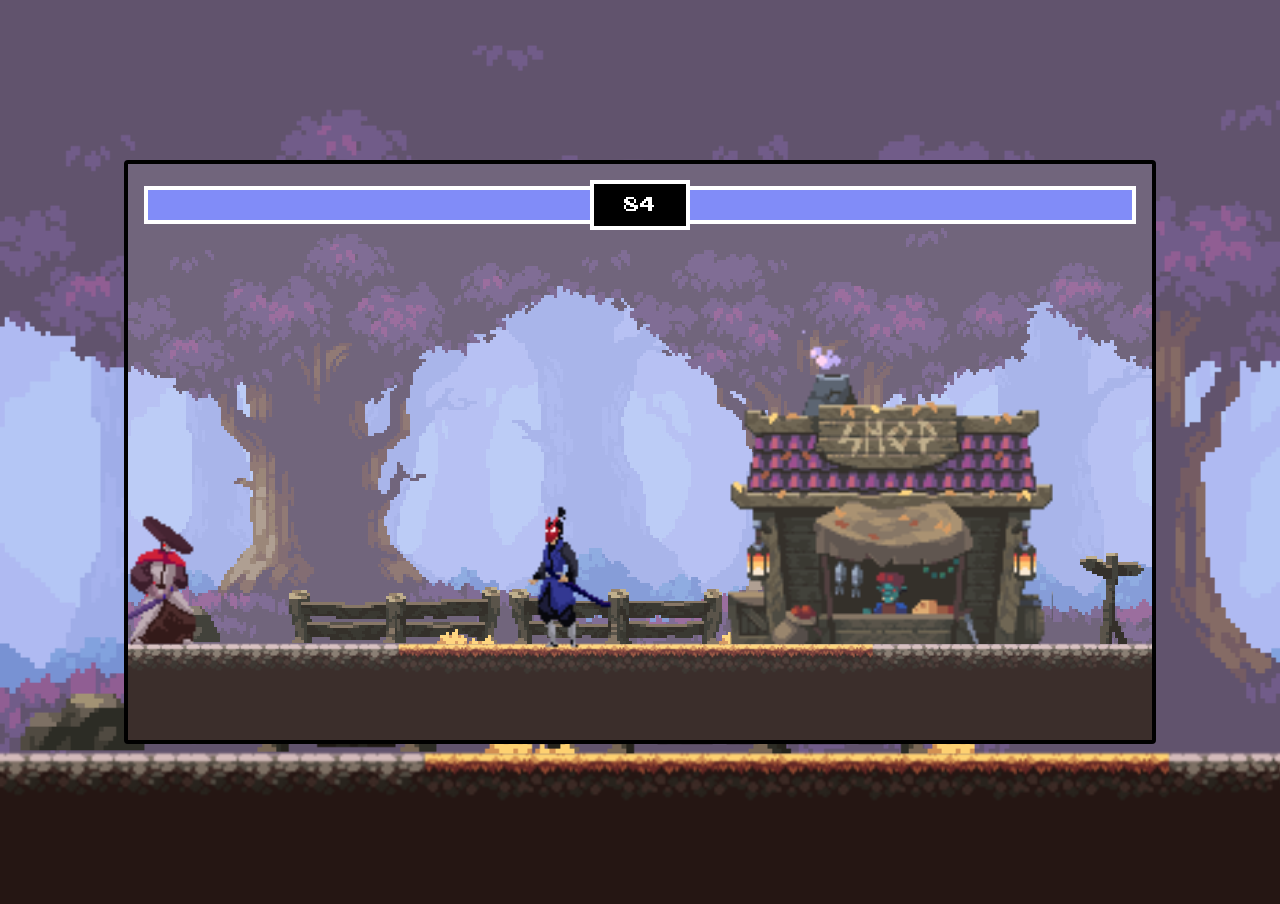
Repository: LuizAGDomingues/js-fighting-game
Page: index.html
These files come from the project's save history. The page is drawn as it stood at one moment and after the next save; the edit follows.
The browser window is 1280 px wide. The pictures show the whole page.

Above is the page before, as saved 2022-12-24 10:02:07.

### index.html
<!DOCTYPE html>
<html lang="en">
  <head>
    <meta charset="UTF-8" />
    <link rel="icon" type="image/svg+xml" href="./images/Logo.jpg" />
    <link rel="preconnect" href="https://fonts.googleapis.com" />
    <link rel="preconnect" href="https://fonts.gstatic.com" crossorigin />
    <link href="https://fonts.googleapis.com/css2?family=Press+Start+2P&display=swap" rel="stylesheet" />
    <link href="./src/css/battle.css" rel="stylesheet" />
    <meta name="viewport" content="width=device-width, initial-scale=1.0" />
    <title>Figthing Game</title>
  </head>
  <body>
    <div class="content">
      <div class="life-bars">
        <!-- player health -->
        <div class="playerHealth-content">
          <div class="playerHealth-aux"></div>
          <div id="playerHealth" class="playerHealth-bar"></div>
        </div>
        <!-- timer -->
        <div id="timer" class="timer">10</div>
        <!-- enemy health -->
        <div class="enemyHealth-content">
          <div class="enemyHealth-aux"></div>
          <div id="enemyHealth" class="enemyHealth-bar"></div>
        </div>
      </div>
      <div id="displayText" class="result">Tie</div>
      <canvas style="border-radius: 4px; border: 4px solid black;"></canvas>
    </div>
    <script
      src="https://cdnjs.cloudflare.com/ajax/libs/gsap/3.11.3/gsap.min.js"
      integrity="sha512-gmwBmiTVER57N3jYS3LinA9eb8aHrJua5iQD7yqYCKa5x6Jjc7VDVaEA0je0Lu0bP9j7tEjV3+1qUm6loO99Kw=="
      crossorigin="anonymous"
      referrerpolicy="no-referrer"
    ></script>
    <script src="./src/utils.js"></script>
    <script src="./src/classes.js"></script>
    <script src="./src/main.js"></script>
  </body>
</html>

### src/css/battle.css
* {
  box-sizing: border-box;
  font-family: 'Press Start 2P', sans-serif;
}

body {
  width: 100%;
  height: 100%;
  display: flex;
  justify-content: center;
  margin: 10rem 0;
  overflow: hidden;
  background-image: url(../../images/background.png);
  background-repeat: no-repeat;
  background-size: cover;
}

.content {
  position: relative;
  display: inline-block;
}

.life-bars {
  position: absolute;
  display: flex;
  width: 100%;
  align-items: center;
  padding: 20px;
}

.playerHealth-content {
  position: relative;
  width: 100%;
  display: flex;
  justify-content: flex-end;
  border-top: 4px solid white;
  border-left: 4px solid white;
  border-bottom: 4px solid white;
}

.playerHealth-aux {
  background-color: red;
  height: 30px;
  width: 100%;
}

.playerHealth-bar {
  position: absolute;
  background: #818CF8;
  top: 0;
  right: 0;
  bottom: 0;
  width: 100%;
}

.timer {
  background-color: black;
  width: 100px;
  height: 50px;
  flex-shrink: 0;
  display: flex;
  align-items: center;
  justify-content: center;
  color: white;
  border: 4px solid white;
}

.enemyHealth-content {
  position: relative;
  width: 100%;
  border-top: 4px solid white;
  border-right: 4px solid white;
  border-bottom: 4px solid white;
}

.enemyHealth-aux {
  background-color: red;
  height: 30px;
}

.enemyHealth-bar {
  position: absolute;
  background: #818CF8;
  top: 0;
  right: 0;
  bottom: 0;
  left: 0;
}

.result {
  position: absolute;
  color: white;
  align-items: center;
  justify-content: center;
  top: 0;
  right: 0;
  bottom: 0;
  left: 0;
  display: none;
}

### src/utils.js
function rectangularCollision({ rectangle1, rectangle2 }) {
  return (
    rectangle1.attackBox.position.x + rectangle1.attackBox.width >= rectangle2.position.x
    && rectangle1.attackBox.position.x <= rectangle2.position.x + rectangle2.width
    && rectangle1.attackBox.position.y + rectangle1.attackBox.height >= rectangle2.position.y
    && rectangle1.attackBox.position.y <= rectangle2.position.y + rectangle2.height
  )
};

function determineWinner({player, enemy, timerId}) {
  clearTimeout(timerId)
  document.querySelector('#displayText').style.display = 'flex'
  if(player.health === enemy.health) {
    document.querySelector('#displayText').innerHTML = 'Tie'
  } else if (player.health > enemy.health) {
    document.querySelector('#displayText').innerHTML = 'Player 1 wins'
  } else if (player.health < enemy.health) {
    document.querySelector('#displayText').innerHTML = 'Player 2 wins'
  }
};

### src/classes.js
class Sprite {
  constructor({position, imageSrc, scale = { x: 1, y: 1 }, framesMax = 1, offset = { x: 0, y: 0 }}) {
    this.position = position
    this.image = new Image()
    this.image.src = imageSrc
    this.scale = scale
    this.framesMax = framesMax
    this.framesCurrent = 0
    this.framesElapsed = 0
    this.framesHold = 5
    this.offset = offset
  }

  draw() {
    c.drawImage(
      this.image,
      this.framesCurrent * (this.image.width / this.framesMax),
      0,
      this.image.width / this.framesMax,
      this.image.height,
      this.position.x - this.offset.x,
      this.position.y - this.offset.y,
      (this.image.width / this.framesMax) * this.scale.x,
      this.image.height * this.scale.y
    )
  }

  animateFrames() {
    this.framesElapsed++
    if(this.framesElapsed % this.framesHold === 0) {
      if(this.framesCurrent < this.framesMax - 1) {
        this.framesCurrent++
      } else {
        this.framesCurrent = 0
      }
    }
  }

  update() {
    this.draw()
    this.animateFrames()
  }
}

class Fighter extends Sprite {
  constructor({
    position,
    velocity,
    color = 'red',
    imageSrc,
    scale = { x: 1, y: 1 },
    framesMax = 1,
    offset = { x: 0, y: 0 },
    sprites,
    attackBox = { offset: {}, width: undefined, height: undefined }
  }) {
    super({
      position,
      imageSrc,
      scale,
      framesMax,
      offset
    })

    this.velocity = velocity
    this.width = 50
    this.height = 150
    this.lastKey
    this.attackBox = {
      position: {
        x: this.position.x,
        y: this.position.y
      },
      offset: attackBox.offset,
      width: attackBox.width,
      height: attackBox.height
    }
    this.color = color
    this.isAttacking
    this.health = 100
    this.framesCurrent = 0
    this.framesElapsed = 0
    this.framesHold = 5
    this.sprites = sprites
    this.dead = false

    for (const sprite in this.sprites) {
      sprites[sprite].image = new Image()
      sprites[sprite].image.src = sprites[sprite].imageSrc
    }
  }

  update() {
    this.draw()
    if(!this.dead) this.animateFrames()

    this.attackBox.position.x = this.position.x + this.attackBox.offset.x
    this.attackBox.position.y = this.position.y + this.attackBox.offset.y

    // Draw the attack box
    //c.fillRect(this.attackBox.position.x, this.attackBox.position.y, this.attackBox.size.width, this.attackBox.height)

    this.position.x += this.velocity.x
    this.position.y += this.velocity.y

    // gravity function
    if(this.position.y + this.height + this.velocity.y >= canvas.height - 96) {
      this.velocity.y = 0
      this.position.y = 330
    } else this.velocity.y += gravity

  }

  attack() {
    if(this.image === this.sprites.takeHit.image || this.image === this.sprites.death.image) {
      return
    } else {
      this.switchSprite('attack1')
      this.isAttacking = true
    }
  }

  takeHit() {
    this.health -= 20
    if(this.health <= 0) {
      this.switchSprite('death')
    } else {
      this.switchSprite('takeHit')
    }
  }

  switchSprite(sprite) {
    if(this.image === this.sprites.death.image) {
      if(this.framesCurrent === this.sprites.death.framesMax - 1)
        this.dead = true
      return
    }
    // overriding all other animations with the attack animation
    if(
      this.image === this.sprites.attack1.image &&
      this.framesCurrent < this.sprites.attack1.framesMax - 1
    ) return
    // overriding when figther gets hit
    if(
      this.image === this.sprites.takeHit.image &&
      this.framesCurrent < this.sprites.takeHit.framesMax - 1
    ) return

    switch(sprite) {
      case 'idle':
        if(this.image !== this.sprites.idle.image) {
          this.image = this.sprites.idle.image
          this.framesMax = this.sprites.idle.framesMax
          this.framesCurrent = 0
        }
        break
      case 'run':
        if(this.image !== this.sprites.run.image) {
          this.image = this.sprites.run.image
          this.framesMax = this.sprites.run.framesMax
          this.framesCurrent = 0
        }
        break
      case 'jump':
        if(this.image !== this.sprites.jump.image) {
          this.image = this.sprites.jump.image
          this.framesMax = this.sprites.jump.framesMax
          this.framesCurrent = 0
        }
        break
      case 'fall':
        if(this.image !== this.sprites.fall.image) {
          this.image = this.sprites.fall.image
          this.framesMax = this.sprites.fall.framesMax
          this.framesCurrent = 0
        }
        break
      case 'attack1':
        if(this.image !== this.sprites.attack1.image) {
          this.image = this.sprites.attack1.image
          this.framesMax = this.sprites.attack1.framesMax
          this.framesCurrent = 0
        }
        break
      case 'takeHit':
        if(this.image !== this.sprites.takeHit.image) {
          this.image = this.sprites.takeHit.image
          this.framesMax = this.sprites.takeHit.framesMax
          this.framesCurrent = 0
        }
        break
      case 'death':
        if(this.image !== this.sprites.death.image) {
          this.image = this.sprites.death.image
          this.framesMax = this.sprites.death.framesMax
          this.framesCurrent = 0
        }
        break
    }
  }
}

### src/main.js
const canvas = document.querySelector('canvas');
const c = canvas.getContext('2d');

canvas.width = 1024
canvas.height = 576

c.fillRect(0, 0, canvas.width, canvas.height)

const gravity = .7

var gameIsOver = false

const background = new Sprite({
  position: {
    x: 0,
    y: 0
  },
  imageSrc: '../images/background.png'
})

const shop = new Sprite({
  position: {
    x: 600,
    y: 128
  },
  imageSrc: '../images/shop.png',
  scale: {
    x: 2.75,
    y: 2.75
  },
  framesMax: 6
})

const player = new Fighter({
  position: {
    x: 0,
    y: 0
  },
  velocity: {
    x: 0,
    y: 0
  },
  offset: {
    x: 0,
    y: 0
  },
  imageSrc: '../images/samuraiMack/Idle.png',
  framesMax: 8,
  scale: {
    x: 2.5,
    y: 2.5
  },
  offset: {
    x: 215,
    y: 155
  },
  sprites: {
    idle: {
      imageSrc: '../images/samuraiMack/Idle.png',
      framesMax: 8
    },
    run: {
      imageSrc: '../images/samuraiMack/Run.png',
      framesMax: 8
    },
    jump: {
      imageSrc: '../images/samuraiMack/Jump.png',
      framesMax: 2
    },
    fall: {
      imageSrc: '../images/samuraiMack/Fall.png',
      framesMax: 2
    },
    attack1: {
      imageSrc: '../images/samuraiMack/Attack1.png',
      framesMax: 6
    },
    takeHit: {
      imageSrc: '../images/samuraiMack/Take Hit.png',
      framesMax: 4
    },
    death: {
      imageSrc: '../images/samuraiMack/Death.png',
      framesMax: 6
    }
  },
  attackBox: {
    offset: {
      x: 100,
      y: 50
    },
    width: 140,
    height: 50
  }
})

const enemy = new Fighter({
  position: {
    x: 400,
    y: 100
  },
  velocity: {
    x: 0,
    y: 0
  },
  color: 'blue',
  offset: {
    x: -50,
    y: 0
  },
  imageSrc: '../images/kenji/Idle.png',
  framesMax: 4,
  scale: {
    x: 2.5,
    y: 2.5
  },
  offset: {
    x: 215,
    y: 167
  },
  sprites: {
    idle: {
      imageSrc: '../images/kenji/Idle.png',
      framesMax: 4
    },
    run: {
      imageSrc: '../images/kenji/Run.png',
      framesMax: 8
    },
    jump: {
      imageSrc: '../images/kenji/Jump.png',
      framesMax: 2
    },
    fall: {
      imageSrc: '../images/kenji/Fall.png',
      framesMax: 2
    },
    attack1: {
      imageSrc: '../images/kenji/Attack1.png',
      framesMax: 4
    },
    takeHit: {
      imageSrc: '../images/kenji/Take hit.png',
      framesMax: 3
    },
    death: {
      imageSrc: '../images/kenji/Death.png',
      framesMax: 7
    }
  },
  attackBox: {
    offset: {
      x: -170,
      y: 50
    },
    width: 170,
    height: 50
  }
})

const keys = {
  a: {
    pressed: false
  },
  d: {
    pressed: false
  },
  ArrowRight: {
    pressed: false
  },
  ArrowLeft: {
    pressed: false
  }
}

// Timer actions
let timer = 90
let timerId
function decreaseTimer() {
  if(timer > 0) {
    timerId = setTimeout(decreaseTimer, 1000)
    timer--
    document.querySelector('#timer').innerHTML = timer
  }
  if(timer === 0) {
    determineWinner({player, enemy, timerId})
    gameIsOver = true
  }
};
decreaseTimer();

function animate() {
  window.requestAnimationFrame(animate)
  c.fillStyle = 'black'
  c.fillRect(0, 0, canvas.width, canvas.height)
  background.update()
  shop.update()
  c.fillStyle = 'rgba(255, 255, 255, 0.1)'
  c.fillRect(0, 0, canvas.width, canvas.height)
  player.update()
  enemy.update()

  player.velocity.x = 0
  enemy.velocity.x = 0

  // player movement
  if(keys.a.pressed && player.lastKey === 'a' && player.position.x >= 0 && player.image != player.sprites.attack1.image) {
    player.velocity.x = -5
    player.switchSprite('run')
  } else if(keys.d.pressed && player.lastKey === 'd' && player.position.x <= canvas.width - 60 && player.image != player.sprites.attack1.image) {
    player.velocity.x = 5
    player.switchSprite('run')
  } else {
    player.switchSprite('idle')
  }
  // player jumping
  if(player.velocity.y < 0) {
    player.switchSprite('jump')
  } else if(player.velocity.y > 0) {
    player.switchSprite('fall')
  }

  // enemy movement
  if(keys.ArrowLeft.pressed && enemy.lastKey === 'ArrowLeft' && enemy.position.x >= 0) {
    enemy.velocity.x = -5
    enemy.switchSprite('run')
  } else if(keys.ArrowRight.pressed && enemy.lastKey === 'ArrowRight' && enemy.position.x <= canvas.width - 50) {
    enemy.velocity.x = 5
    enemy.switchSprite('run')
  } else {
    enemy.switchSprite('idle')
  }
  // enemy jumping
  if(enemy.velocity.y < 0) {
    enemy.switchSprite('jump')
  } else if(enemy.velocity.y > 0) {
    enemy.switchSprite('fall')
  }

  // detect for collision & enemy is hit
  if(rectangularCollision({rectangle1: player, rectangle2: enemy}) && player.isAttacking && player.framesCurrent === 4) {
    enemy.takeHit()
    player.isAttacking = false
    gsap.to('#enemyHealth', {
      width: enemy.health + '%'
    })
  }

  //if player misses enemy
  if(player.isAttacking && player.framesCurrent === 4) {
    player.isAttacking = false
  }

  // detect for collision & player is hit
  if(rectangularCollision({rectangle1: enemy, rectangle2: player}) && enemy.isAttacking && enemy.framesCurrent === 2) {
    player.takeHit()
    enemy.isAttacking = false
    gsap.to('#playerHealth', {
      width: player.health + '%'
    })
  }

  //if enemy misses enemy
  if(enemy.isAttacking && enemy.framesCurrent === 2) {
    enemy.isAttacking = false
  }

  // end game base on health
  if(enemy.health <= 0 || player.health <= 0){
    determineWinner({player, enemy, timerId})
    gameIsOver = true
  }
}
animate()

window.addEventListener('keydown', (event) => {
  if(!player.dead && !gameIsOver) {
    switch (event.key) {
      case 'd':
        keys.d.pressed = true
        player.lastKey = 'd'
        break
      case 'a':
        keys.a.pressed = true
        player.lastKey = 'a'
        break
      case 'w':
        if(player.image === player.sprites.jump.image || player.image === player.sprites.fall.image) {
          break
        }
        player.velocity.y = -20
        break
      case ' ':
        player.attack()
        break
    }
  }
  if(!enemy.dead && !gameIsOver) {
    switch (event.key) {
      case 'ArrowRight':
        keys.ArrowRight.pressed = true
        enemy.lastKey = 'ArrowRight'
        break
      case 'ArrowLeft':
        keys.ArrowLeft.pressed = true
        enemy.lastKey = 'ArrowLeft'
        break
      case 'ArrowUp':
        if(enemy.image === enemy.sprites.jump.image || enemy.image === enemy.sprites.fall.image) {
          break
        }
        enemy.velocity.y = -20
        break
      case 'ArrowDown':
        enemy.attack()
        break
    }
  }
})

window.addEventListener('keyup', (event) => {
  switch (event.key) {
    case 'd':
      keys.d.pressed = false
      break
    case 'a':
      keys.a.pressed = false
      break

    case 'ArrowRight':
      keys.ArrowRight.pressed = false
      break
    case 'ArrowLeft':
      keys.ArrowLeft.pressed = false
      break
  }
})

After the next save:
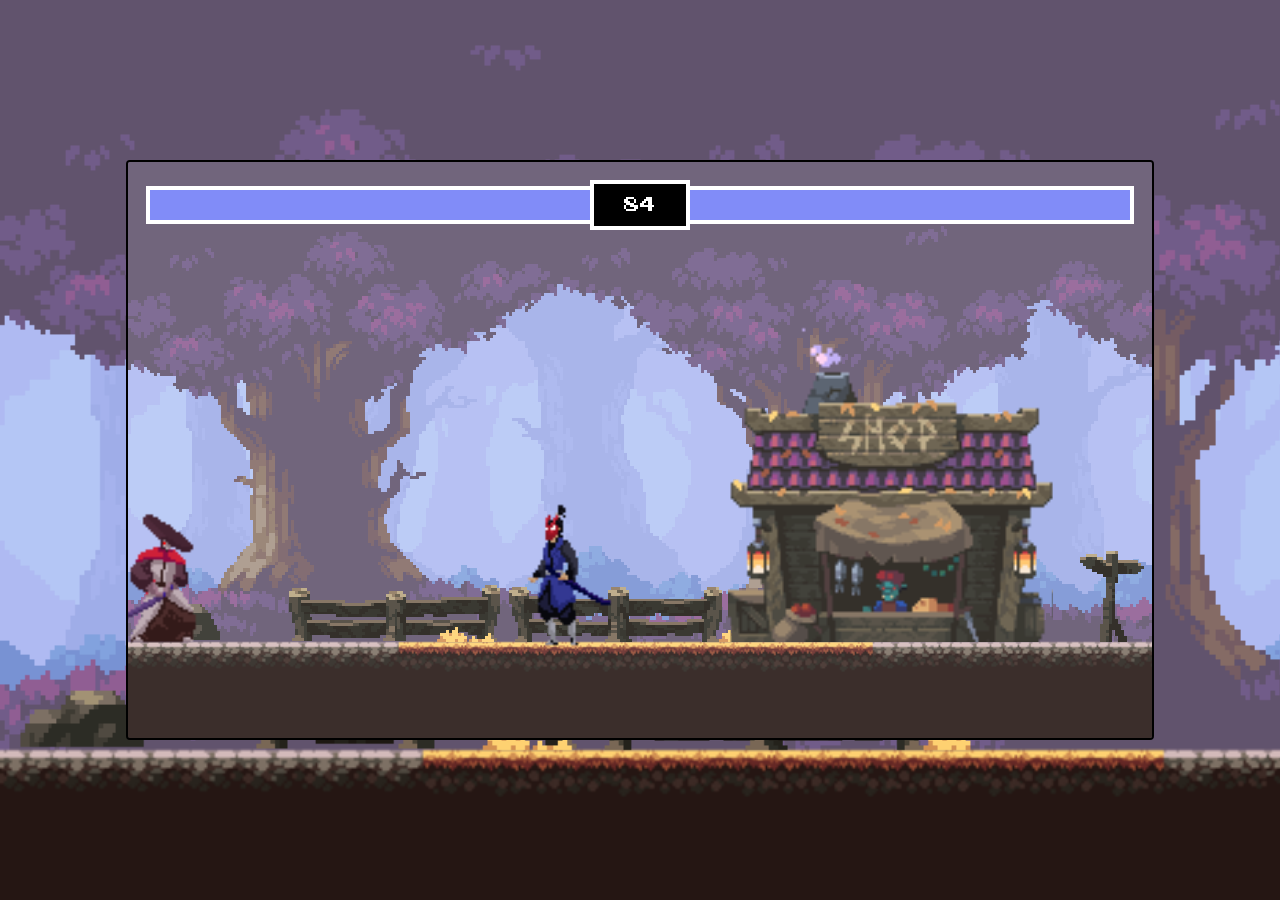
Saved 6 s later.
--- a/index.html
+++ b/index.html
@@ -27,7 +27,7 @@
         </div>
       </div>
       <div id="displayText" class="result">Tie</div>
-      <canvas style="border-radius: 4px; border: 4px solid black;"></canvas>
+      <canvas style="border-radius: 4px; border: 2px solid black;"></canvas>
     </div>
     <script
       src="https://cdnjs.cloudflare.com/ajax/libs/gsap/3.11.3/gsap.min.js"
